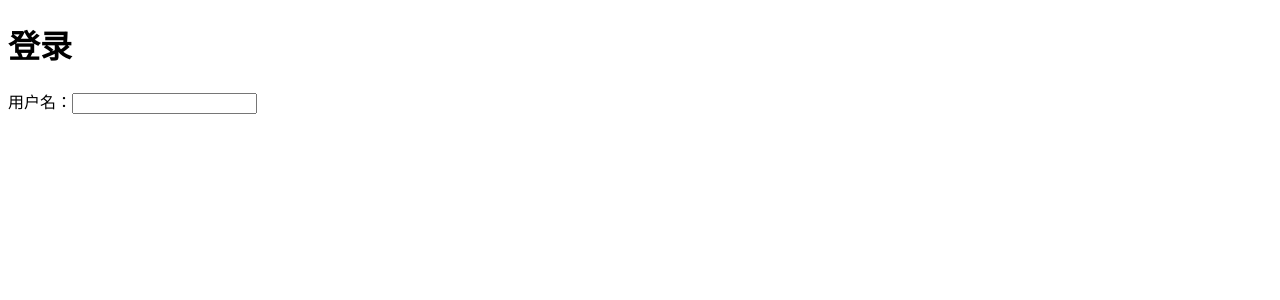
Repository: EthanZmr/myCode
Page: http://localhost/filter_demo/login.jsp
An editor plug-in stored every save of this project. The page is shown before and after the next save, followed by the edit.
The browser window is 1280 px wide. The pictures show the whole page.
The page is served by Tomcat 9. Other server files are loaded and not shown.

Above is the page before, as saved 2018-12-19 20:03:16.

### filter_demo/WebContent/login.jsp
<%@ page language="java" contentType="text/html; charset=UTF-8"
    pageEncoding="UTF-8"%>
<!DOCTYPE html>
<html>
<head>
<meta charset="UTF-8">
<title>Insert title here</title>
</head>
<body>
	<h1>登录</h1>
	<form action="">
		用户名：<input type="text" name="username"/>
	</form>
</body>
</html>

After the next save:
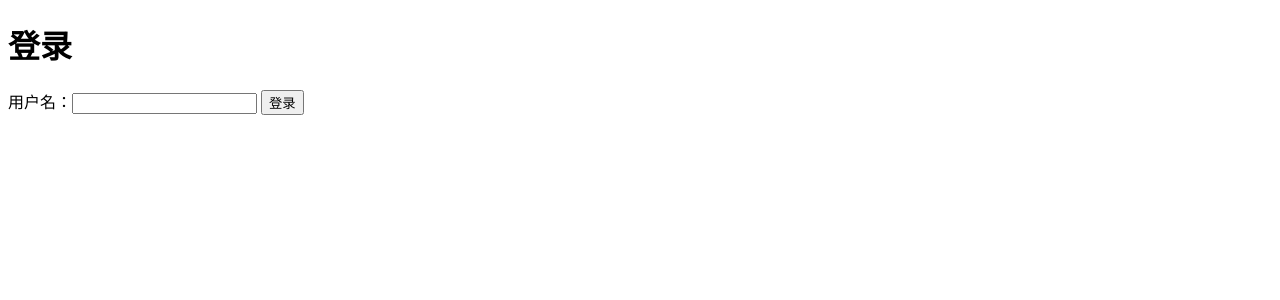
Saved 12 s later.
--- a/filter_demo/WebContent/login.jsp
+++ b/filter_demo/WebContent/login.jsp
@@ -10,6 +10,7 @@
 	<h1>登录</h1>
 	<form action="">
 		用户名：<input type="text" name="username"/>
+		<input type="submit" value="登录"/>
 	</form>
 </body>
 </html>
